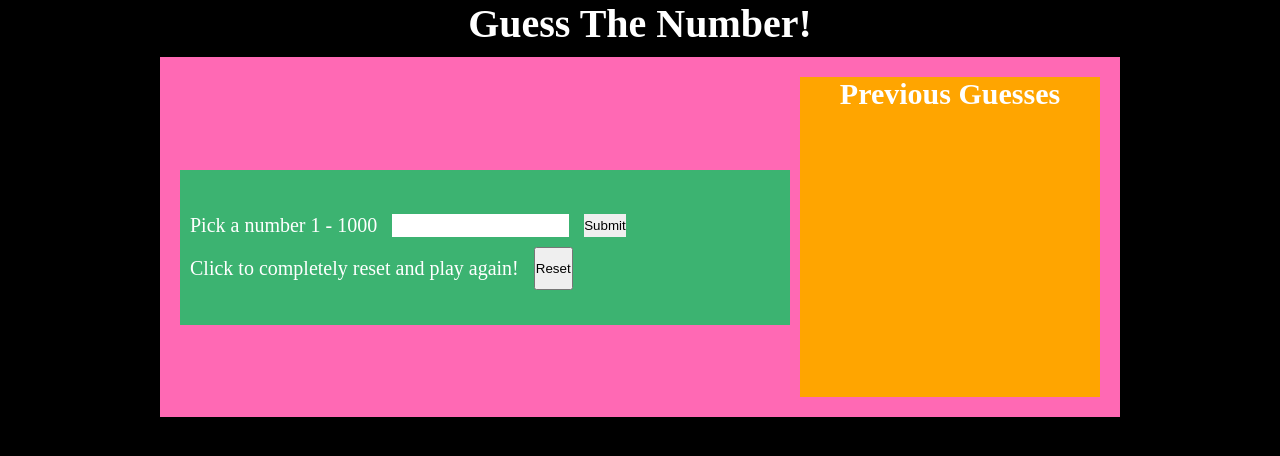
Repository: mlmEFSC21/P14-Guessing-Game
Page: guess.html
These files come from the project's save history. The page is drawn as it stood at one moment and after the next save; the edit follows.
The browser window is 1280 px wide. The pictures show the whole page.

Above is the page before, as saved 2022-03-19 13:47:51.

After the next save:
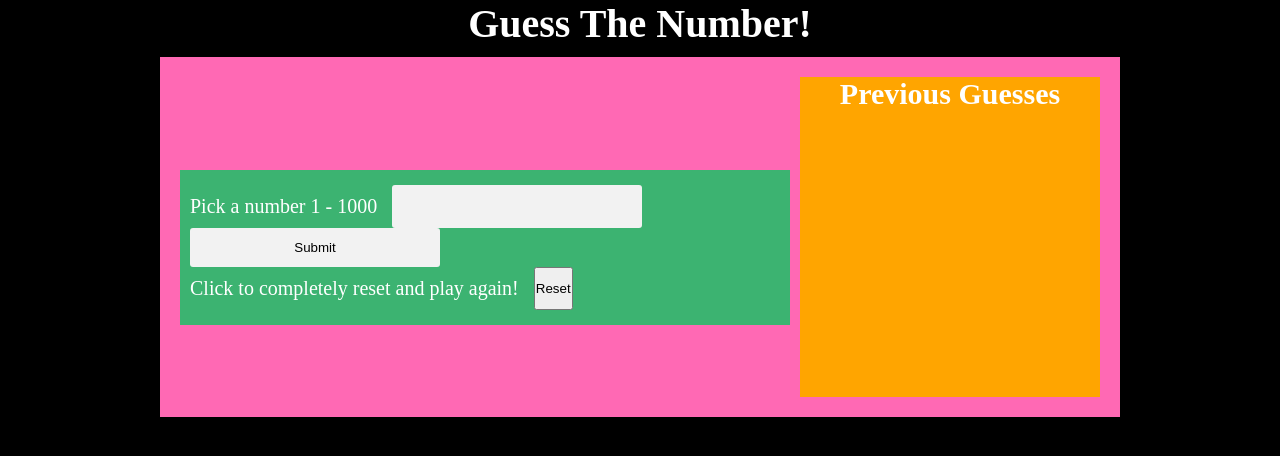
Saved 57 s later.
--- a/guess.css
+++ b/guess.css
@@ -53,8 +53,10 @@ input {
     -ms-appearance: none;
     -moz-appearance: none;
     appearance: none;
-    margin-right: 15px;
-    margin-block: 10px;
+    background: #f2f2f2;
+    padding: 12px;
+    border-radius: 3px;
+    width: 250px;
 }
 .submitBtn {
     width: 200px;
